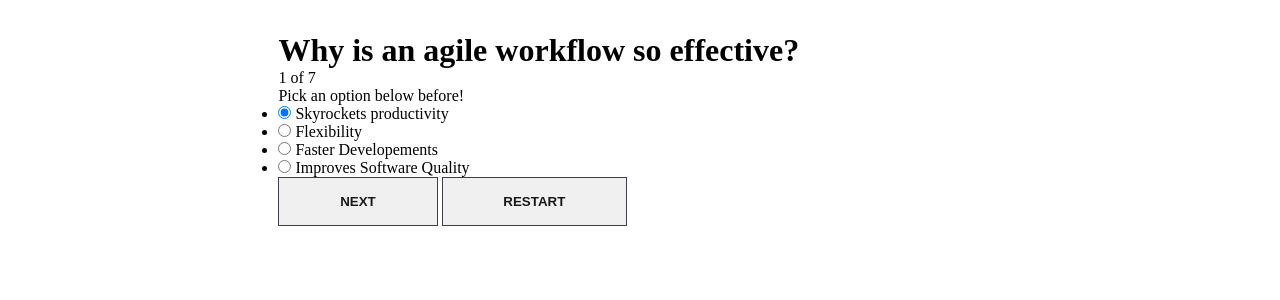
Repository: mukiSabljakovic/Quiz-APP
Page: index.html
These files come from the project's save history. The page is drawn as it stood at one moment and after the next save; the edit follows.
The browser window is 1280 px wide. The pictures show the whole page.
Some web fonts or font styles are not loaded; a fallback is used.

Above is the page before, as saved 2020-05-01 11:49:47.

### index.html
<!DOCTYPE html>
<html lang="en">
<head>
    <meta charset="UTF-8">
    <meta name="viewport" content="width=device-width, initial-scale=1.0">
    <title>Quiz</title>
    <link rel="stylesheet" href="css/style.css">
</head>
<body>
    <div class="app">
        <div class="container">
            <div class="jabquiz">

                <div class="jabquiz__question-box">
                    <h1 class="jabquiz__question">Why is an agile workflow so effective?</h1>
                    <p class="jabquiz__tracker">1 of 7</p>
                    <div class="progress">
                        <div class="progress__inner">

                        </div>
                    </div>
                    <p class="jabquiz__tagline">Pick an option below before!</p>
                </div>



                <div class="jabquiz__choices-box">
                    <ul class="jabquiz__choices">
                        <!-- dynamically with js -->
                        <li class="jabquiz__choice">
                            <input type="radio" name="choice" id="choice0" class="jabquiz__input" checked>
                            <label for="choice0" class="jabquiz__label">
                                <i></i>
                                Skyrockets productivity
                            </label>
                        </li>
                        <li class="jabquiz__choice">
                            <input type="radio" name="choice" id="choice0" class="jabquiz__input">
                            <label for="choice0" class="jabquiz__label">
                                <i></i>
                                Flexibility
                            </label>
                        </li>
                        <li class="jabquiz__choice">
                            <input type="radio" name="choice" id="choice0" class="jabquiz__input" >
                            <label for="choice0" class="jabquiz__label">
                                <i></i>
                                Faster Developements
                            </label>
                        </li>
                        <li class="jabquiz__choice">
                            <input type="radio" name="choice" id="choice0" class="jabquiz__input" >
                            <label for="choice0" class="jabquiz__label">
                                <i></i>
                                Improves Software Quality
                            </label>
                        </li>
                    </ul>
                </div>



                <div class="jabquiz__footer">
                    <button class="button button--bordered next">Next</button>
                    <button class="button button--bordered restart">Restart</button>
                </div>



            </div>
        </div>
    </div>
</body>
</html>

### css/style.css
@import url("https://fonts-googleapis.com/css?family=Raleway|PT+Serif:700");


:root {
    --main-font-color: #1a1a1a;
    --main-bg-color: white;
    --main-theme-color: rgb(243, 168, 47);
    --light-white: #f5f5f5;
    --light-gray: #ccc;
    --light-black: #282a39;
    --container-width: 768px;
    --font-body-stack: Raleway, Charcoal, sans-serif;
    --font-heading-stack: "PT Serif", sans-serif;

}

* {
 padding: 0;
 margin: 0;
 box-sizing: border-box;
}

.container {
    max-width: var(--container-width);
    margin-right: auto;
    margin-left: auto;
}

.button {
    padding: 1rem 3.8rem;
    text-transform: uppercase;
    border: 1px solid #eee;
    outline: 0;
    opacity: .9;
    font-weight: bold;
    transition: .3s all ease;
}

.button:hover {
    opacity: 1;
    background: var(--light-black);
    color: white;
}

.button.button--bordered {
    border: 1px solid var(--light-black);
}

.jabquiz {
    padding: 2rem 1.4rem;
}

After the next save:
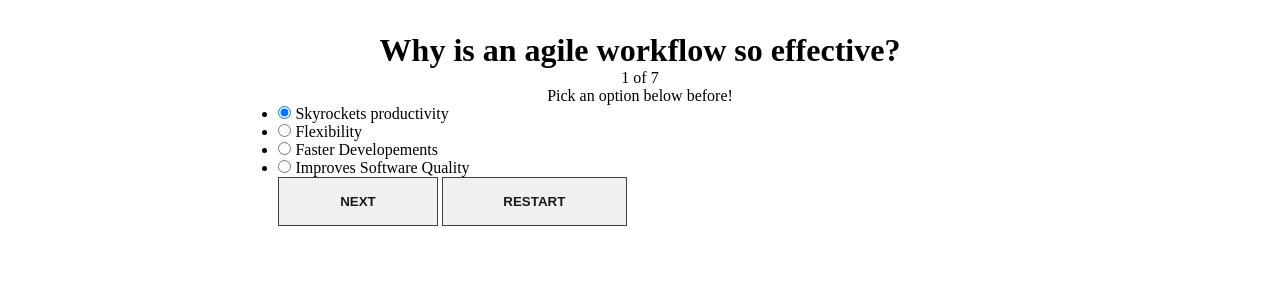
Saved 68 s later.
--- a/css/style.css
+++ b/css/style.css
@@ -49,3 +49,7 @@
 .jabquiz {
     padding: 2rem 1.4rem;
 }
+
+.jabquiz__question-box {
+    text-align: center;
+}
